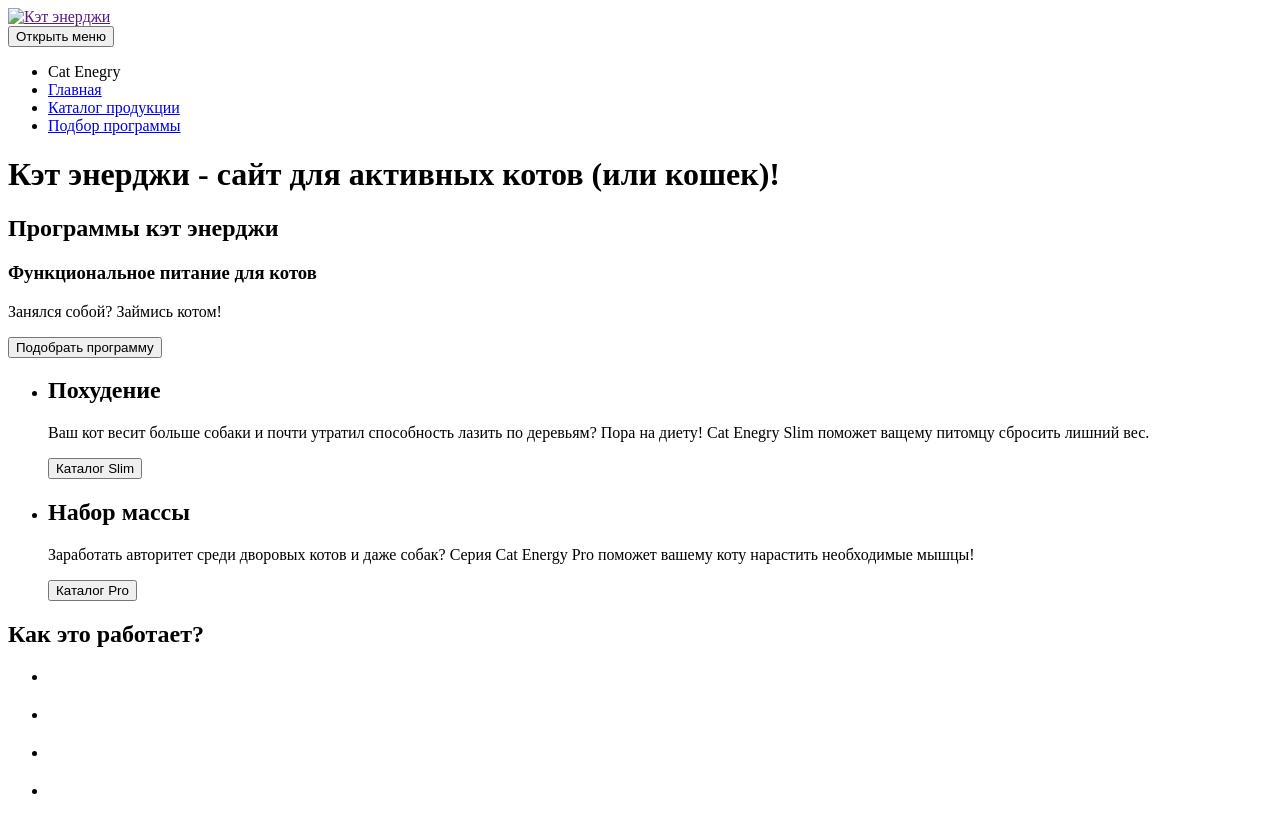
Repository: infernotw/1054987-cat-energy-17
Page: source/index.html
An editor plug-in stored every save of this project. The page is shown before and after the next save, followed by the edit.
The browser window is 1280 px wide. The pictures show the whole page.

Above is the page before, as saved 2019-07-17 04:22:00.

After the next save:
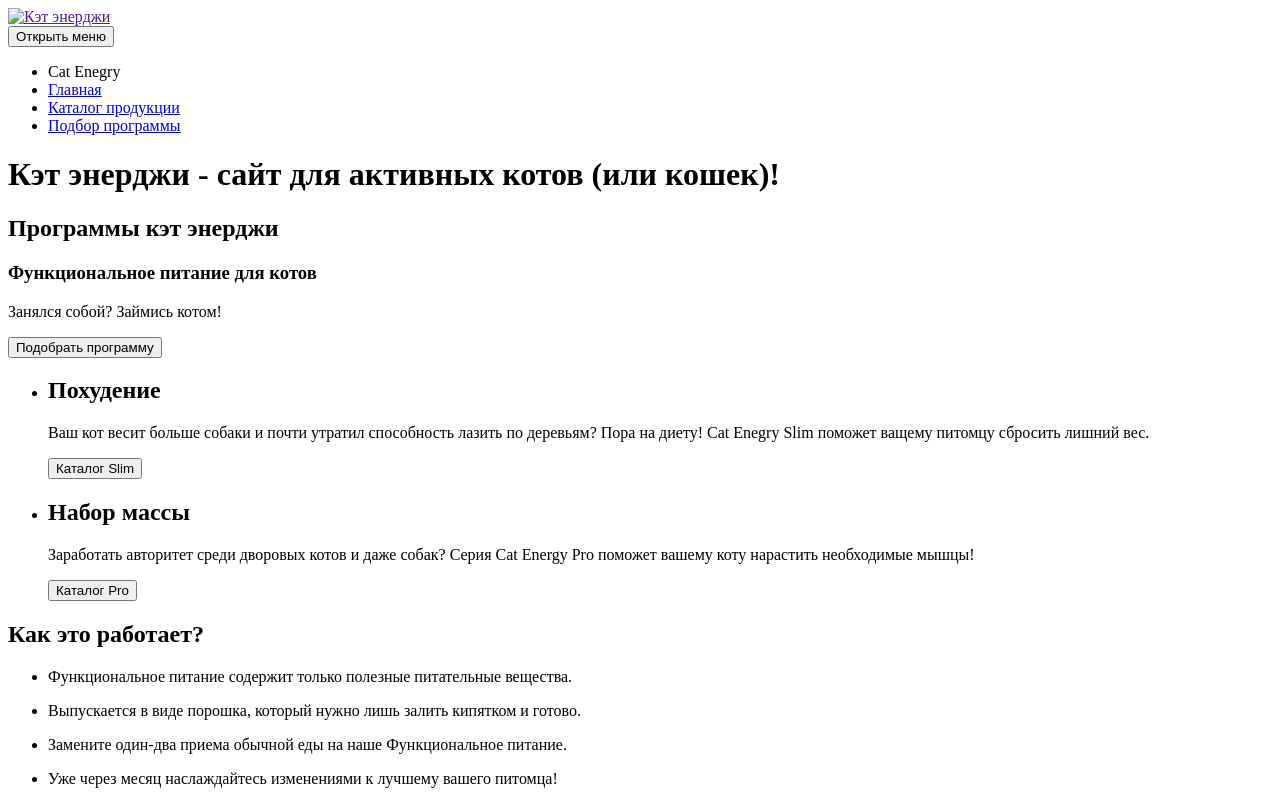
Saved 3 min 4 s later.
--- a/source/index.html
+++ b/source/index.html
@@ -63,17 +63,20 @@
       <div class="how-it-works__wrapper">
         <h2 class="how-it-works__title">Как это работает?</h2>
         <ul class="how-it-works__list">
-          <li class="how-it-works__item">
-            <p class="how-it-works__description"></p>
+          <li class="how-it-works__item how-it-works__item--food">
+            <p class="how-it-works__description">Функциональное питание содержит только полезные питательные вещества.
+            </p>
           </li>
-          <li class="how-it-works__item">
-            <p class="how-it-works__description"></p>
+          <li class="how-it-works__item how-it-works__item--water">
+            <p class="how-it-works__description">Выпускается в виде порошка, который нужно лишь залить кипятком и
+              готово.</p>
           </li>
-          <li class="how-it-works__item">
-            <p class="how-it-works__description"></p>
+          <li class="how-it-works__item how-it-works__item--change">
+            <p class="how-it-works__description">Замените один-два приема обычной еды на наше Функциональное питание.
+            </p>
           </li>
-          <li class="how-it-works__item">
-            <p class="how-it-works__description"></p>
+          <li class="how-it-works__item how-it-works__item--time">
+            <p class="how-it-works__description">Уже через месяц наслаждайтесь изменениями к лучшему вашего питомца!</p>
           </li>
         </ul>
       </div>
